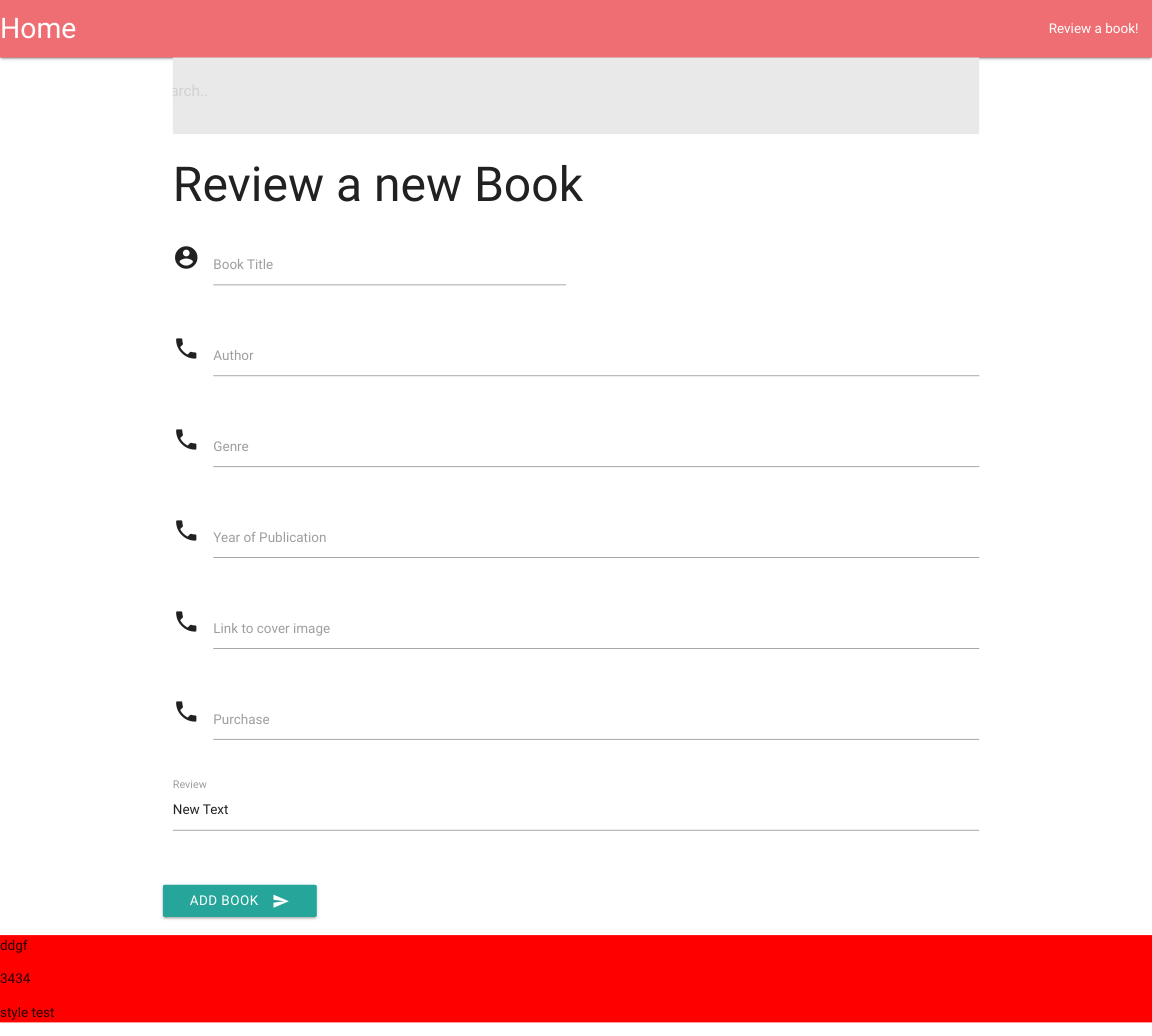
Repository: h8130084/bookReview
Page: http://localhost/add_book
The author's editor kept a record of every edit. The page is drawn from the files as they stood at one moment, then again after the next edit.
The browser window is 1280 px wide. The pictures show the whole page, at 90% of full size.
Some web libraries are served in a nearby version. The page is served by the project's application, run on Flask 3 (app.py).

Above is the page before.
Console error: ReferenceError: M is not defined

After the next edit:
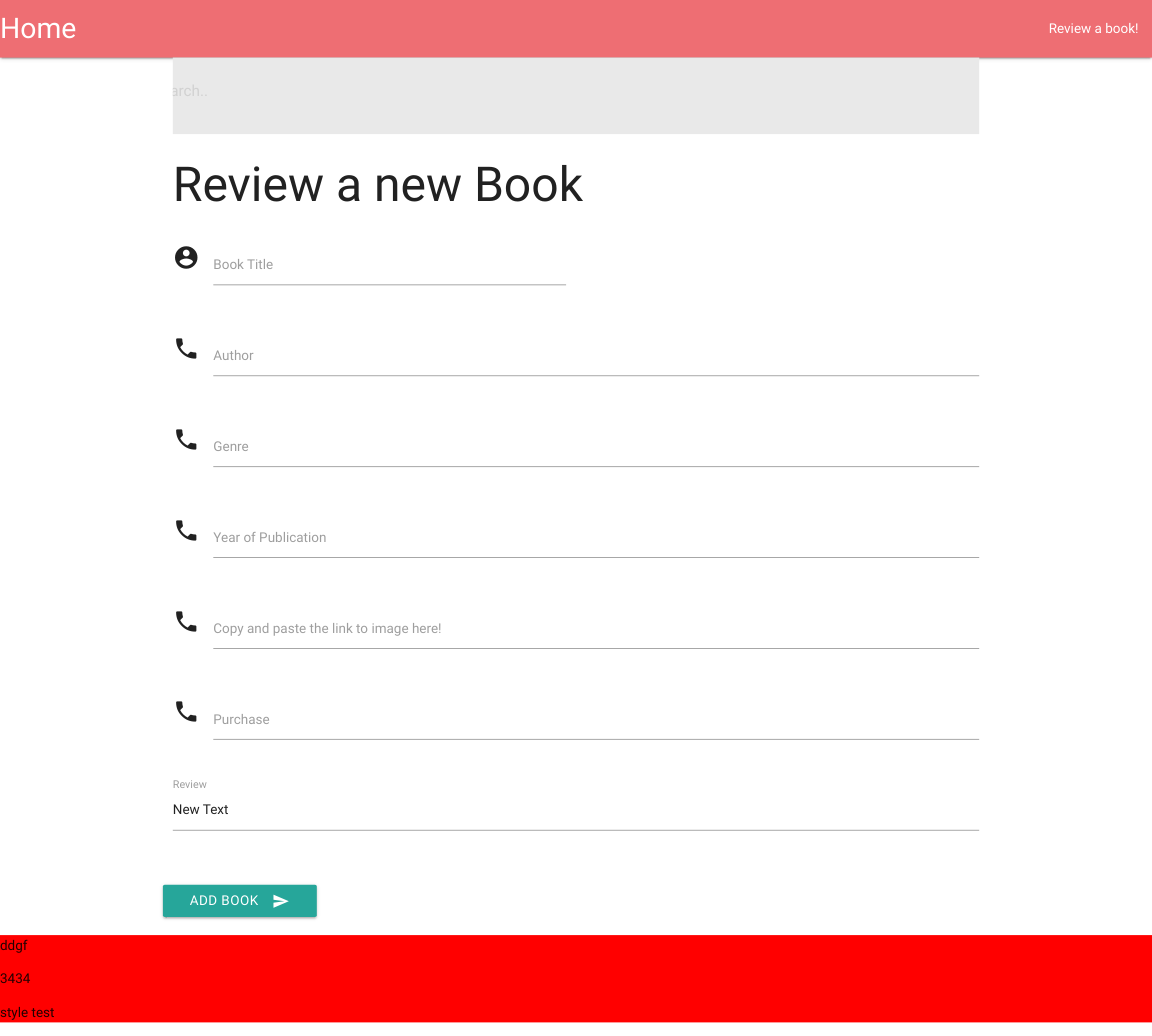
The edit:
--- a/templates/addbook.html
+++ b/templates/addbook.html
@@ -40,7 +40,7 @@
             <div class="input-field col s12">
                 <i class="material-icons prefix">phone</i>
                 <input name="Image_URL" id="Image_URL" type="text" class="materialize-textarea">
-                <label for="icon_telephone">Link to cover image</label>
+                <label for="icon_telephone">Copy and paste the link to image here!<placeholder></placeholder></label>
             </div>
         </div>
 
